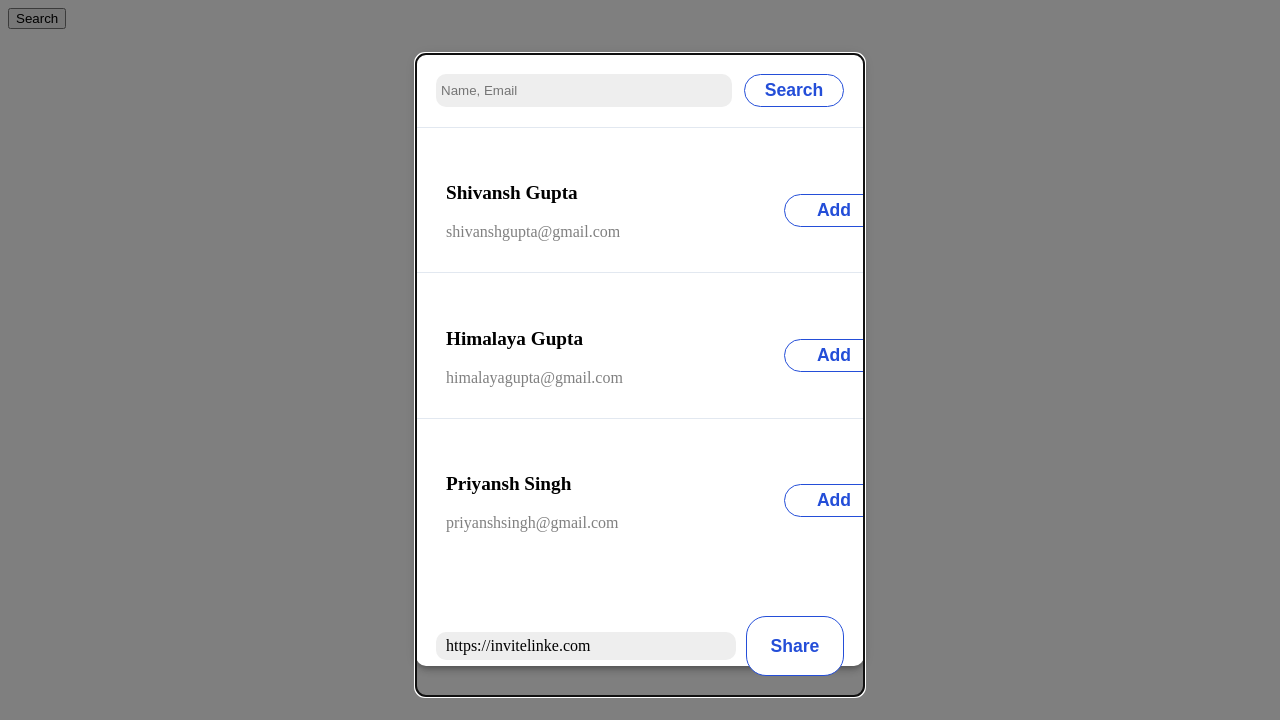
Repository: shiv0403/event-planner
Page: /, after clicking the first element matching `button`
The author's editor kept a copy of each file at every save. The page is drawn from the files as they stood at one save, then again after the next save.
The browser window is 1280 px wide. The pictures show the whole page.
An inner scrolling area shows only its first screen. The project was rebuilt for these pictures with package versions that can differ from the ones it lists, and the page was loaded fresh each time.

Above is the page before, as saved 2021-07-27 12:44:59.

### src/App.js
import React from "react";
import Modal from "./Components/SearchModal/SearchModal";

function App() {
  return (
    <div className="App">
      <Modal />
    </div>
  );
}

export default App;

### src/Components/SearchModal/SearchModal.js
import React, { useState } from "react";
import { makeStyles } from "@material-ui/core/styles";
import Modal from "@material-ui/core/Modal";
import Backdrop from "@material-ui/core/Backdrop";
import Fade from "@material-ui/core/Fade";
import SearchPerson from "./SearchPerson";

import "./SearchModal.css";

const useStyles = makeStyles((theme) => ({
  modal: {
    display: "flex",
    alignItems: "center",
    justifyContent: "center",
  },
  paper: {
    backgroundColor: theme.palette.background.paper,
    boxShadow: theme.shadows[5],
    // padding: theme.spacing(2, 4, 3),
    width: "35%",
    borderRadius: "10px",
    height: "85%",
  },
}));

export default function TransitionsModal() {
  const classes = useStyles();
  const [open, setOpen] = useState(false);
  const [data, setData] = useState([
    {
      name: "Shivansh Gupta",
      email: "shivanshgupta@gmail.com",
    },
    {
      name: "Himalaya Gupta",
      email: "himalayagupta@gmail.com",
    },
    {
      name: "Priyansh Singh",
      email: "priyanshsingh@gmail.com",
    },
    {
      name: "asdlkfj lskdjf",
      email: "sadlkfj@lskdf.com",
    },

    {
      name: "asdlkfj lskdjf",
      email: "sadlkfj@lskdf.com",
    },
    {
      name: "asdlkfj lskdjf",
      email: "sadlkfj@lskdf.com",
    },
    {
      name: "asdlkfj lskdjf",
      email: "sadlkfj@lskdf.com",
    },
    {
      name: "asdlkfj lskdjf",
      email: "sadlkfj@lskdf.com",
    },
    {
      name: "asdlkfj lskdjf",
      email: "sadlkfj@lskdf.com",
    },
  ]);

  const handleOpen = () => {
    setOpen(true);
  };

  const handleClose = () => {
    setOpen(false);
  };

  return (
    <div>
      <button type="button" onClick={handleOpen}>
        Search
      </button>
      <Modal
        aria-labelledby="transition-modal-title"
        aria-describedby="transition-modal-description"
        className={classes.modal}
        open={open}
        onClose={handleClose}
        closeAfterTransition
        BackdropComponent={Backdrop}
        BackdropProps={{
          timeout: 500,
        }}
      >
        <Fade in={open}>
          <div className={classes.paper}>
            <div className="search__header">
              <input type="text" placeholder="Name, Email" />
              <button type="submit"> Search</button>
            </div>
            <div className="search__body">
              {data.map((person) => (
                <SearchPerson name={person.name} email={person.email} />
              ))}
            </div>
            <div className="search__footer">
              <p>https://invitelinke.com</p>
              <button type="submit">Share</button>
            </div>
          </div>
        </Fade>
      </Modal>
    </div>
  );
}

### src/Components/SearchModal/SearchPerson.js
import React from "react";
import "./SearchPerson.css";

function SearchPerson({ name, email }) {
  return (
    <div className="search__person">
      <div className="sp__details">
        <h3>{name}</h3>
        <p>{email}</p>
      </div>

      <div className="sp__add">
        <button type="submit">Add</button>
      </div>
    </div>
  );
}

export default SearchPerson;

### src/Components/SearchModal/SearchModal.css
.search__header {
  display: flex;
  justify-content: space-between;
  /* margin-bottom: 40px; */
  /* margin-top: 20px; */
  padding: 20px;
  border-bottom: 1px solid #e2e8f0;
  /* background-color: red; */
}

.search__header > input {
  border-radius: 10px;
  width: 70%;
  padding: 5px;
  margin-right: 10px;
  background-color: #eee;
  outline: none;
  border: 0px;
}

.search__header > button {
  padding: 5px 3px;
  width: 100px;
  border: 1px #244ed8 solid;
  font-size: 1.1rem;
  border-radius: 20px;
  background-color: #fff;
  font-weight: 800;
  color: #244ed8;
}

.search__body {
  overflow-y: auto;
  height: 70%;
}

.search__body::-webkit-scrollbar {
  display: none;
}

.search__footer {
  display: flex;
  justify-content: space-between;
  margin-top: 40px;
  padding: 20px;
  /* position: absolute;
  bottom: 90px;
  width: 35%; */
}

.search__footer > p {
  background-color: #eee;
  padding: 5px 10px;
  width: 70%;
  border-radius: 10px;
  margin-right: 10px;
}

.search__footer > button {
  padding: 5px 3px;
  width: 100px;
  border: 1px #244ed8 solid;
  font-size: 1.1rem;
  border-radius: 20px;
  background-color: #fff;
  font-weight: 800;
  color: #244ed8;
}

.search__footer > button:hover {
  background-color: RGBA(36, 78, 216, 0.1);
  box-shadow: inset 0 0 0 1.5px #244ed8;
  transition: all 0.3s;
}

### src/Components/SearchModal/SearchPerson.css
.search__person {
  display: flex;
  justify-content: space-between;
  align-items: center;
  padding: 5px 20px;
  width: 100%;
  margin: 20px auto;
  border-bottom: 1px #e2e8f0 solid;
}

.sp__details {
  /* background-color: #eee; */
  border-radius: 10px;
  width: 95%;
  padding: 10px;
  margin-right: 10px;
}

.sp__details > h3 {
  font-size: 1.2rem;
  font-weight: 800;
}

.sp__details > p {
  font-size: 1rem;
  margin-top: 5px;
  color: gray;
}

.sp__add > button {
  padding: 5px 3px;
  width: 100px;
  border: 1px #244ed8 solid;
  font-size: 1.1rem;
  border-radius: 20px;
  background-color: #fff;
  font-weight: 800;
  color: #244ed8;
}

.sp__add > button:hover {
  background-color: RGBA(36, 78, 216, 0.1);
  box-shadow: inset 0 0 0 1.5px #244ed8;
  transition: all 0.3s;
}

/*
#f7fafc
#2563eb
#414a59
#244ed8 */

Loaded but not shown: public/index.html (common file); src/index.js (common file)

After the next save:
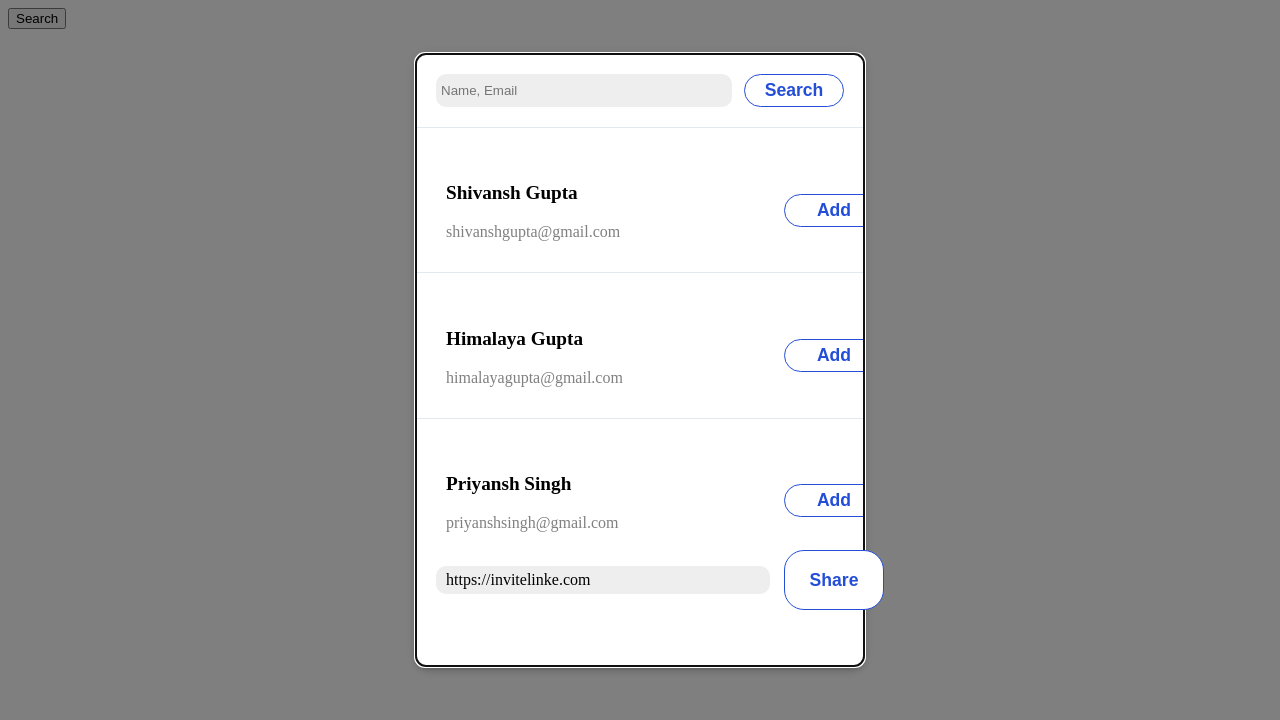
Saved 4 s later.
--- a/src/Components/SearchModal/SearchModal.css
+++ b/src/Components/SearchModal/SearchModal.css
@@ -43,9 +43,9 @@
   justify-content: space-between;
   margin-top: 40px;
   padding: 20px;
-  /* position: absolute;
+  position: absolute;
   bottom: 90px;
-  width: 35%; */
+  width: 35%;
 }
 
 .search__footer > p {
